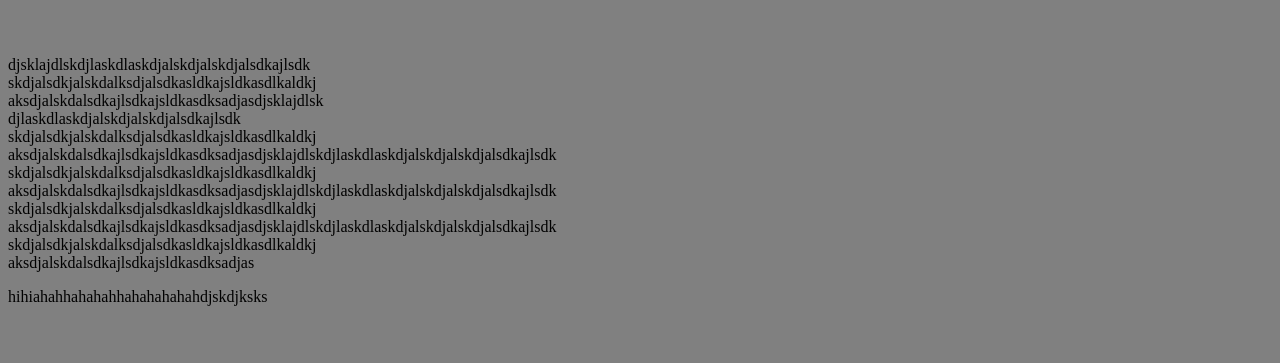
Repository: hanj291/hanj291.github.io
Page: page2.html
The author's editor kept a record of every edit. The page is drawn from the files as they stood at one moment, then again after the next edit.
The browser window is 1280 px wide. The pictures show the whole page.

Above is the page before.

### page2.html
<!DOCTYPE html>
<html>
	<head>
		<title>Hello, world.</title>
		<link href="column.css" rel="stylesheet">
	</head>
	<body>

	<div class="wrapper">
		<div class="column"></div>
		<p>djsklajdlskdjlaskdlaskdjalskdjalskdjalsdkajlsdk
			skdjalsdkjalskdalksdjalsdkasldkajsldkasdlkaldkj
			aksdjalskdalsdkajlsdkajsldkasdksadjasdjsklajdlsk
			djlaskdlaskdjalskdjalskdjalsdkajlsdk
			skdjalsdkjalskdalksdjalsdkasldkajsldkasdlkaldkj
			aksdjalskdalsdkajlsdkajsldkasdksadjasdjsklajdlskdjlaskdlaskdjalskdjalskdjalsdkajlsdk
			skdjalsdkjalskdalksdjalsdkasldkajsldkasdlkaldkj
			aksdjalskdalsdkajlsdkajsldkasdksadjasdjsklajdlskdjlaskdlaskdjalskdjalskdjalsdkajlsdk
			skdjalsdkjalskdalksdjalsdkasldkajsldkasdlkaldkj
			aksdjalskdalsdkajlsdkajsldkasdksadjasdjsklajdlskdjlaskdlaskdjalskdjalskdjalsdkajlsdk
			skdjalsdkjalskdalksdjalsdkasldkajsldkasdlkaldkj
			aksdjalskdalsdkajlsdkajsldkasdksadjas </p>
		<div class="clear"></div>
		hihiahahhahahahhahahahahahdjskdjksks
	</div>
	</body>
</html>

### column.css
body {
    background-color: gray;
}

.wrapper {
    width: 400px;
}

.sprite {
    width: 200px;
    height: 200px;
    background: url(acti.jpg);
}

.column {
    width: 160px;
    padding: 20px;
    float: right;
}

.clear {
    clear: both;
}

After the next edit:
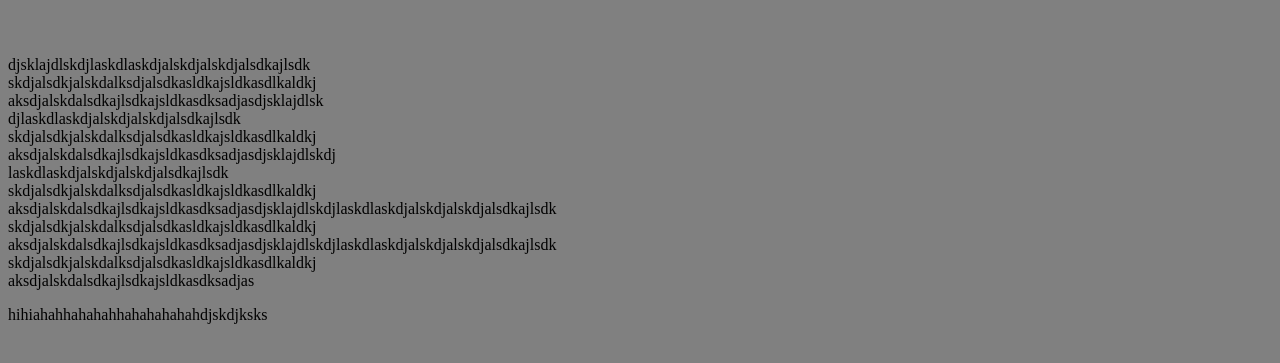
The edit:
--- a/page2.html
+++ b/page2.html
@@ -13,7 +13,8 @@
 			aksdjalskdalsdkajlsdkajsldkasdksadjasdjsklajdlsk
 			djlaskdlaskdjalskdjalskdjalsdkajlsdk
 			skdjalsdkjalskdalksdjalsdkasldkajsldkasdlkaldkj
-			aksdjalskdalsdkajlsdkajsldkasdksadjasdjsklajdlskdjlaskdlaskdjalskdjalskdjalsdkajlsdk
+			aksdjalskdalsdkajlsdkajsldkasdksadjasdjsklajdlskdj
+			laskdlaskdjalskdjalskdjalsdkajlsdk
 			skdjalsdkjalskdalksdjalsdkasldkajsldkasdlkaldkj
 			aksdjalskdalsdkajlsdkajsldkasdksadjasdjsklajdlskdjlaskdlaskdjalskdjalskdjalsdkajlsdk
 			skdjalsdkjalskdalksdjalsdkasldkajsldkasdlkaldkj
